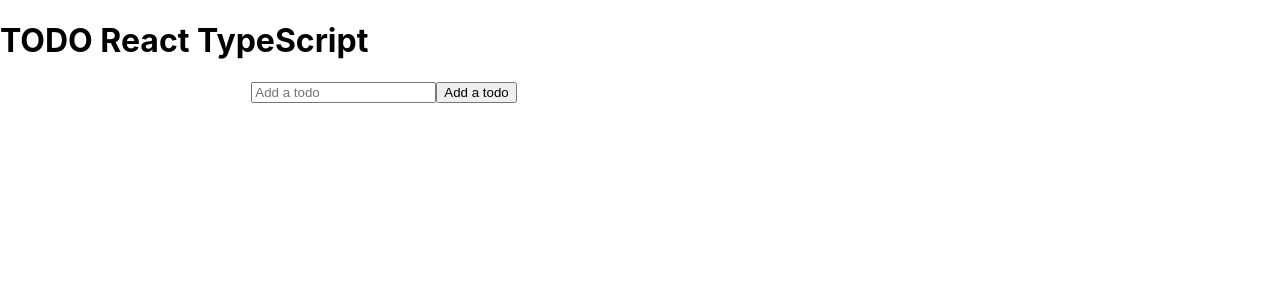
Repository: gligor99/todo-ts-react
Page: /
The author's editor kept a copy of each file at every save. The page is drawn from the files as they stood at one save, then again after the next save.
The browser window is 1280 px wide. The pictures show the whole page.
The project was rebuilt for these pictures with package versions that can differ from the ones it lists, and the page was loaded fresh each time. Also part of the build but not shown: src/components/TodoListItem.tsx.

Above is the page before, as saved 2021-11-19 21:26:06.

After the next save:
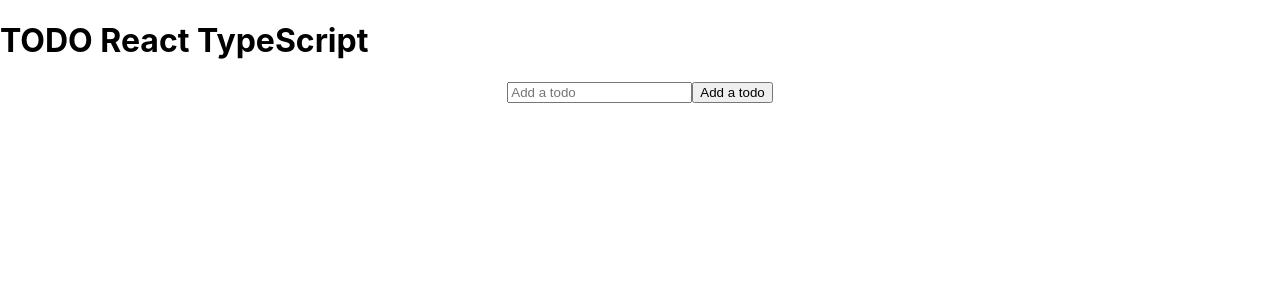
Saved 22 s later.
--- a/src/App.css
+++ b/src/App.css
@@ -1,7 +1,6 @@
 .todo-form {
     display: flex;
     justify-content: center;
-    width: 60%;
 }
 .todo-input {
     display: flex;
